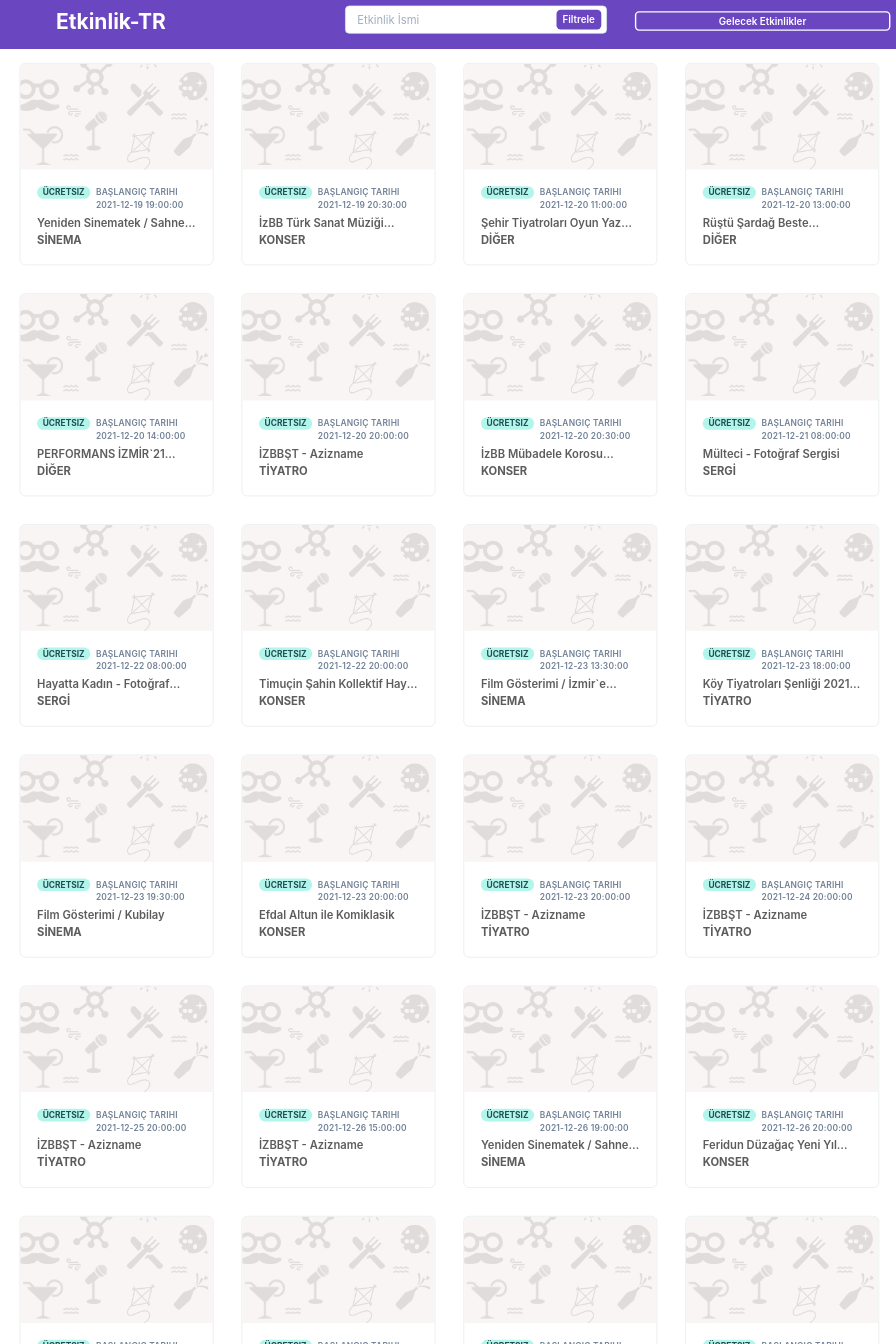
Repository: adnanyagmur/EtsTur-FrontEnd-Hiring-Challange
Page: /gecmisEtkinlikler
An editor plug-in stored every save of this project. The page is shown before and after the next save, followed by the edit.
The browser window is 1280 px wide. The pictures show the part of the page from y = 0 to 1920 px (the page is 25583 px tall before and 25889 px after), at 70% of full size.
The project was rebuilt for these pictures with package versions that can differ from the ones it lists, and the page was loaded fresh each time. Also part of the build but not shown: src/index.css, src/components/detailPage/DetailPage.jsx, src/components/eventList/EventList.jsx, src/components/hompage/HomePage.jsx.

Above is the page before, as saved 2022-06-21 16:48:50.

### src/index.js
import React from 'react';
import ReactDOM from 'react-dom/client';
import './index.css';
import App from './App';
import {BrowserRouter} from "react-router-dom";
import { ChakraProvider, theme } from '@chakra-ui/react'



const root = ReactDOM.createRoot(document.getElementById('root'));
root.render(
  <React.StrictMode>
    <BrowserRouter>
    <ChakraProvider theme={theme}>
    <App />
    </ChakraProvider>
    </BrowserRouter>
  </React.StrictMode>
);

### src/App.js

import { Route, Routes } from "react-router-dom";
import DetailPage from "./components/detailPage/DetailPage";
import HomePage from "./components/hompage/HomePage";
import PastList from "./components/pastEventList/PastList"





function App() {

  return (
    <div>

    <Routes>
      <Route path="/" element={<HomePage></HomePage>}></Route>
      <Route path="/detailPage" element={<DetailPage></DetailPage>}></Route>

      /gecmisEtkinlikler

      <Route path="/gecmisEtkinlikler" element={<PastList></PastList>}></Route>

    </Routes>

    </div>

  );
}

export default App;

### src/components/pastEventList/PastList.jsx
import React from 'react';

import {Grid,Image,Badge,Box,GridItem,Text,SimpleGrid,Input,InputGroup,Button,InputRightElement} from '@chakra-ui/react';
import Logo from "../assets/Logo.jpg"
import  {useNavigate} from 'react-router-dom';
import Data from '../../pastApi/json';


function HomePage() {
const navigation = useNavigate();

const handleClick = (()=> {
    navigation("/")
})

    return(
        <div>
<div>

<Grid
  templateAreas={`"header header"
                  "nav main"
                  "nav footer"`}
  gridTemplateRows={'70px 1fr 150px'}
  gridTemplateColumns={'1fr'}
  h='200px'
  gap='1'
  color='blackAlpha.700'
  fontWeight='bold'
>
  <GridItem pt='2' pl='80px' bg='purple.600' color='white' area={'header'}>
  <SimpleGrid columns={[null,3]} spacing='40px'>
  <Text  as='span'  fontSize='3xl' >Etkinlik-TR</Text>
  <InputGroup as='span'  size='md'>
      <Input
        pr='4.5rem'
        bg='white'
        color='black'
        placeholder='Etkinlik İsmi'
      />
      <InputRightElement width='4.5rem'>
        <Button bg='purple.600' mr='2' h='1.75rem' size='sm' /* onClick={handleClick} */>
          Filtrele
        </Button>
      </InputRightElement>
    </InputGroup>
    <Button bg='purple.600' mr='2' h='1.75rem' size='sm' mt="2" border='2px' borderColor='white' onClick={handleClick} >
          Gelecek Etkinlikler
        </Button>
</SimpleGrid>


  </GridItem>

  <GridItem pl='6' pt='4' pr='6' bg='white' area={'main'} >

  <SimpleGrid columns={[1, null,2, 3,4,5]} spacing='40px'>




  {Data?.map((data)=>



  <Box maxW='sm' borderWidth='1px' borderRadius='lg' overflow='hidden'>
      <Image src={Logo} alt="geçmiş-etkinlik" />

      <Box p='6'>
        <Box display='flex' alignItems='baseline'>
          <Badge borderRadius='full' px='2' colorScheme='teal'>
           {data.UCRETLENDIRME ==true ? ("Ücretli"):("Ücretsiz")}
          </Badge>
          <Box
            color='gray.500'
            fontWeight='semibold'
            letterSpacing='wide'
            fontSize='xs'
            textTransform='uppercase'
            ml='2'
          >
           Başlangıç Tarihi {data.ETKINLIK_BASLAMA_TARIHI}
          </Box>
        </Box>

        <Box
          mt='1'
          fontWeight='semibold'
          as='h4'
          lineHeight='tight'
          noOfLines={1}
        >
          {data.ETKINLIK_ADI}
        </Box>

        <Box>
          {data.ETKINLIK_TURU}
        </Box>


      </Box>
    </Box>


/* buraya kart maplancek */


  )}
  </SimpleGrid>
  </GridItem>
  <GridItem pl='2' bg='gray.200' area={'footer'}>
  <SimpleGrid  columns={1} color='white' >
  <Box pt='3' bg='purple.600' textAlign="center" height='80px'> <Text    fontSize='3xl' >© Copyright ,Designed and built by Adnan YAĞMUR</Text></Box>
  <Box bg='purple.600' textAlign="center" height='80px'><Text    fontSize='3xl' >Bu sitenin API'ı <a href='https://etkinlik.io/'>Etkinlik.io</a> tarafından sağlanmıştır.</Text></Box>
</SimpleGrid>
  </GridItem>
</Grid>





      </div>
        </div>
    )
}

export default HomePage;

Loaded but not shown: public/index.html (common file); src/pastApi/json.js (3073 lines, source omitted)

After the next save:
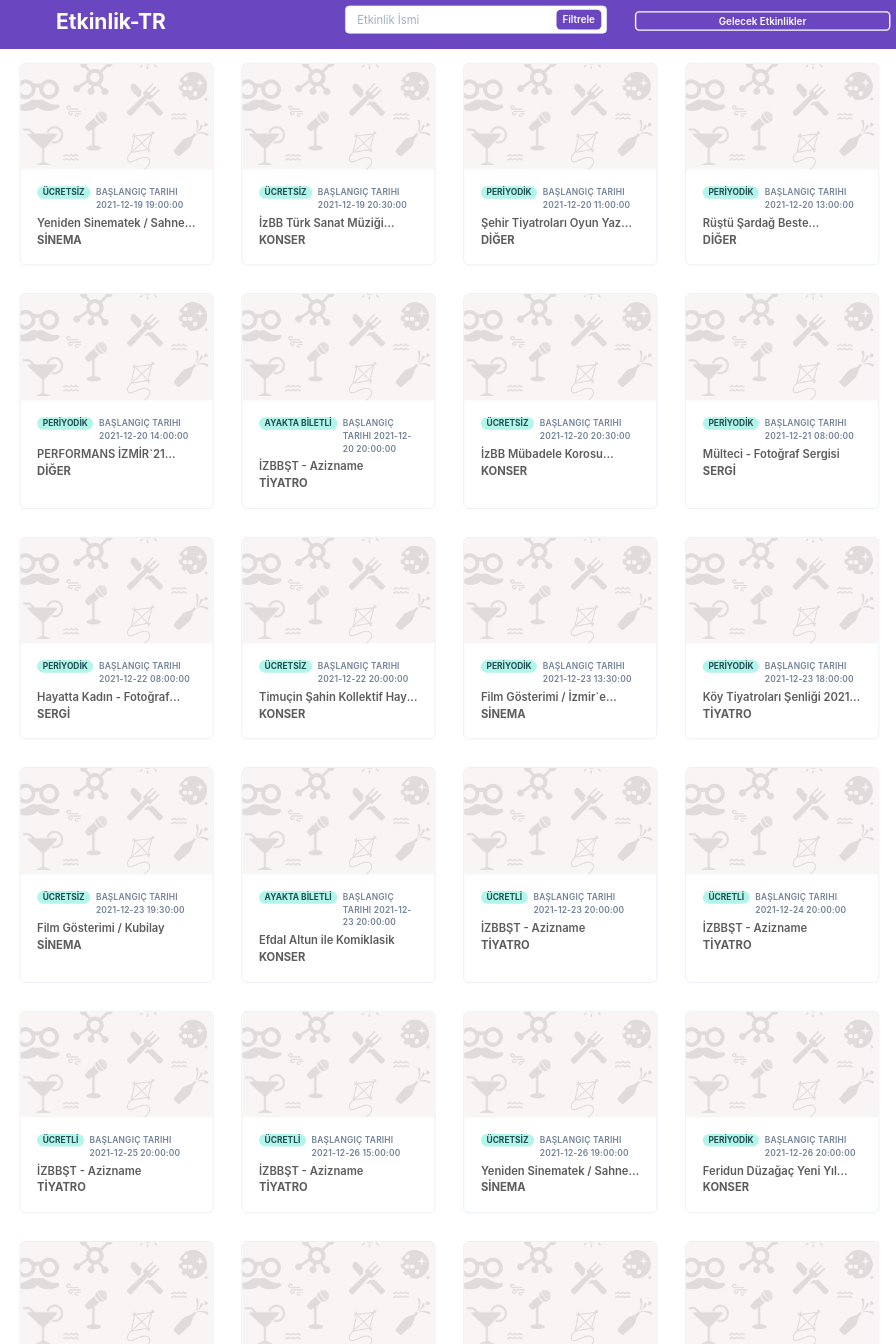
Saved 73 s later.
--- a/src/components/pastEventList/PastList.jsx
+++ b/src/components/pastEventList/PastList.jsx
@@ -69,7 +69,7 @@ const handleClick = (()=> {
       <Box p='6'>
         <Box display='flex' alignItems='baseline'>
           <Badge borderRadius='full' px='2' colorScheme='teal'>
-           {data.UCRETLENDIRME ==true ? ("Ücretli"):("Ücretsiz")}
+           {data.UCRETLENDIRME}
           </Badge>
           <Box
             color='gray.500'
